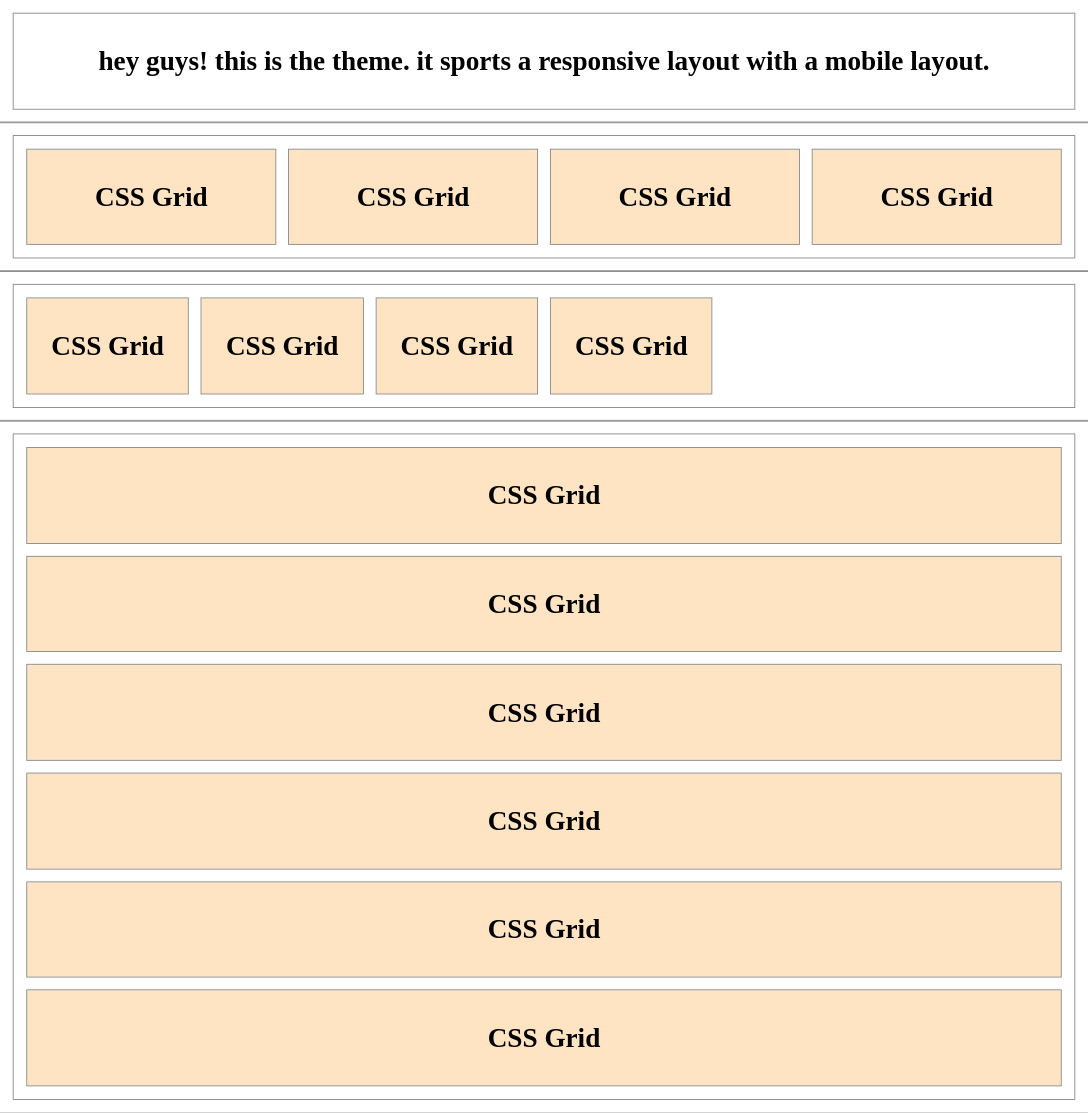
Repository: jjennbui/MDIA2003G-Assignment03B
Page: index.html
These files come from the project's save history. The page is drawn as it stood at one moment and after a run of saves; the edit follows.
The browser window is 1280 px wide. The pictures show the whole page, at 85% of full size.

Above is the page before, as saved 2023-01-24 20:05:54.

### index.html
<!doctype html>
<html class="no-js" lang="">

<head>
  <meta charset="utf-8">
  <title></title>
  <meta name="description" content="">
  <meta name="viewport" content="width=device-width, initial-scale=1">

  <meta property="og:title" content="">
  <meta property="og:type" content="">
  <meta property="og:url" content="">
  <meta property="og:image" content="">

  <link rel="manifest" href="site.webmanifest">
  <link rel="apple-touch-icon" href="icon.png">
  <!-- Place favicon.ico in the root directory -->

  <link rel="stylesheet" href="css/normalize.css">
  <link rel="stylesheet" href="css/main.css">

  <meta name="theme-color" content="#fafafa">
</head>

<body>

  <div class="SECTION-ONE">
    <div class="row">
     <h1>hey guys! this is the theme. it sports a responsive layout with a mobile layout.</h1>
    </div>
  </div>

  <div class="SECTION-TWO">
    <div class="row m-row-2">
      <div class="col">
        <h1>CSS Grid</h1>
      </div>
      <div class="col">
        <h1>CSS Grid</h1>
      </div>
      <div class="col">
        <h1>CSS Grid</h1>
      </div>
      <div class="col">
        <h1>CSS Grid</h1>
      </div>
    </div>
  </div>

<div class="SECTION-THREE">
  <div class="row m-row-3">
    <div class="col m-row-span">
      <h1>CSS Grid</h1>
    </div>
    <div class="col">
      <h1>CSS Grid</h1>
    </div>
    <div class="col">
      <h1>CSS Grid</h1>
    </div>
    <div class="col">
      <h1>CSS Grid</h1>
    </div>
  </div>
</div>

<div class="SECTION-FOUR">
  <div class="row m-row-4">
    <div class="col m-row-span">
      <h1>CSS Grid</h1>
    </div>
    <div class="col">
      <h1>CSS Grid</h1>
    </div>
    <div class="col">
      <h1>CSS Grid</h1>
    </div>
    <div class="col">
      <h1>CSS Grid</h1>
    </div>
    <div class="col">
      <h1>CSS Grid</h1>
    </div>
    <div class="col">
      <h1>CSS Grid</h1>
    </div>
  </div>
</div>

</body>

</html>

### css/main.css














*,
*:before,
*:after {
  box-sizing: border-box;
}

img{
  width: 100%;
}




div,
main,
section,
footer,
main,
header {
  outline: 1px solid grey;
  min-height: 1rem;
  padding: 1rem;

}

.row{
  display: grid;
  row-gap: 1rem;

}

.col{
  position: relative;
  background-color: bisque;
}

.row{
  max-width: 200rem;
  column-gap: 1rem;
  row-gap: 1rem;
  text-align: center;
}

/* Small only */
@media screen and (max-width: 39.9375em) {}

/* Medium and up */
@media screen and (min-width: 40em) {

  .m-row-2{
    grid-template-columns: 1fr 1fr;
  }

  .m-row-3{
    grid-template-columns: repeat(2, 1fr);
  }

  .m-row-4{
    grid-template-columns: ;
  }

}


/* Medium only */
@media screen and (min-width: 40em) and (max-width: 63.9375em) {}

/* Large and up */
@media screen and (min-width: 64em) {
  .m-row-2{
    grid-template-columns: repeat(4, 1fr);
  }

  .m-row-3{
    grid-template-columns: repeat(6, 1fr) ;
  }


}

/* Large only */
@media screen and (min-width: 64em) and (max-width: 74.9375em) {

}

Loaded but not shown: css/normalize.css (library)

After the next 3 saves:
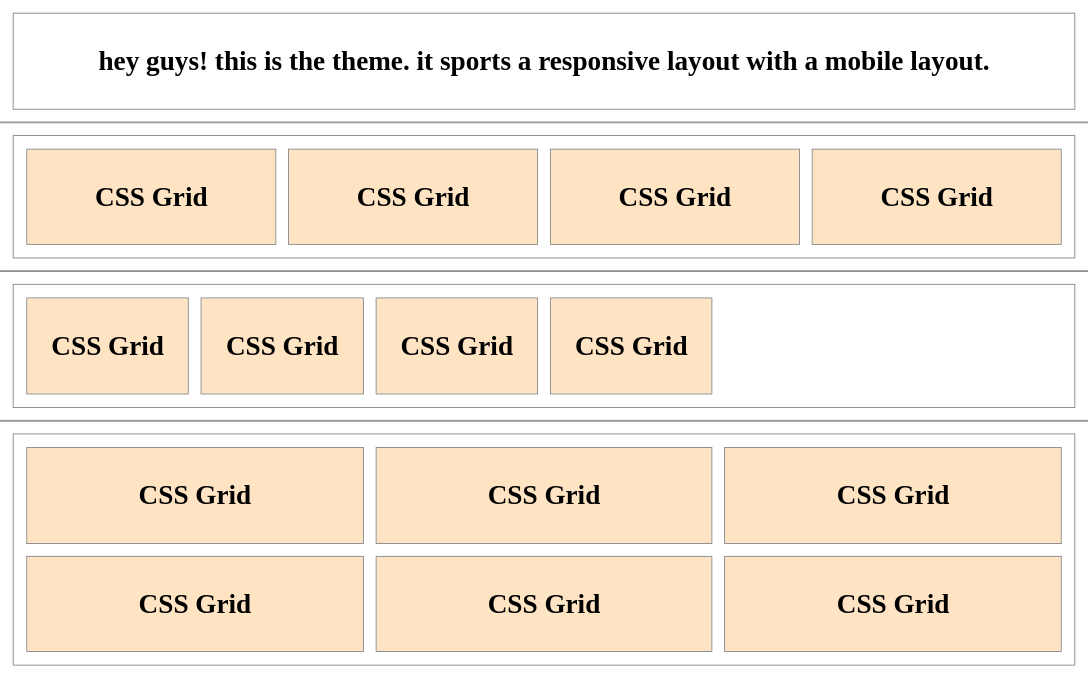
The 3 saves are shown as one change because they came seconds apart.
The last was saved 8 s later.
--- a/css/main.css
+++ b/css/main.css
@@ -70,7 +70,7 @@
   }
 
   .m-row-4{
-    grid-template-columns: ;
+    grid-template-columns: repeat(3, 1fr);
   }
 
 }

After the save that followed:
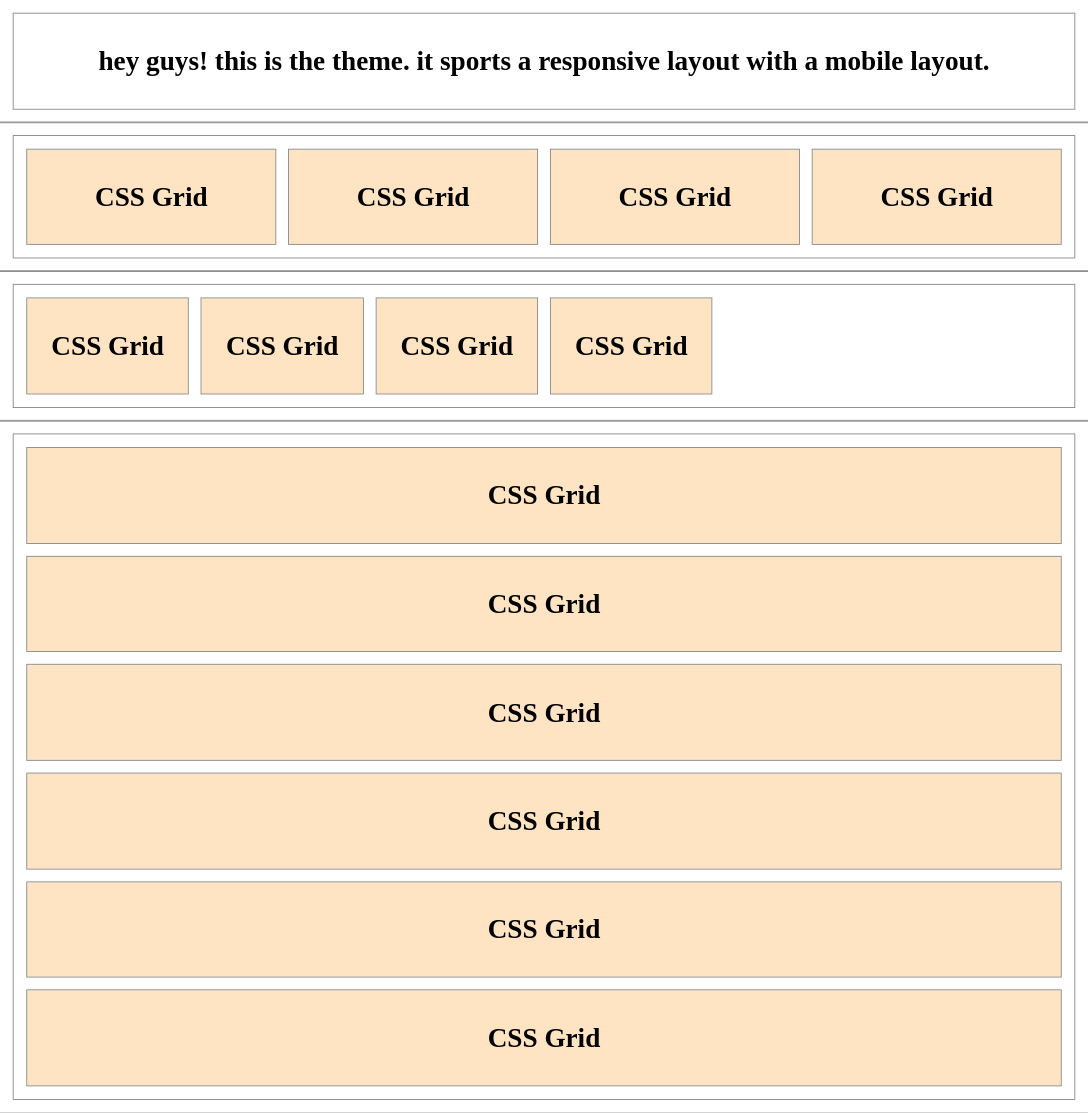
Saved 13 s later.
--- a/css/main.css
+++ b/css/main.css
@@ -70,7 +70,7 @@
   }
 
   .m-row-4{
-    grid-template-columns: repeat(3, 1fr);
+    grid-template-rows: repeat(3, 1fr);
   }
 
 }
